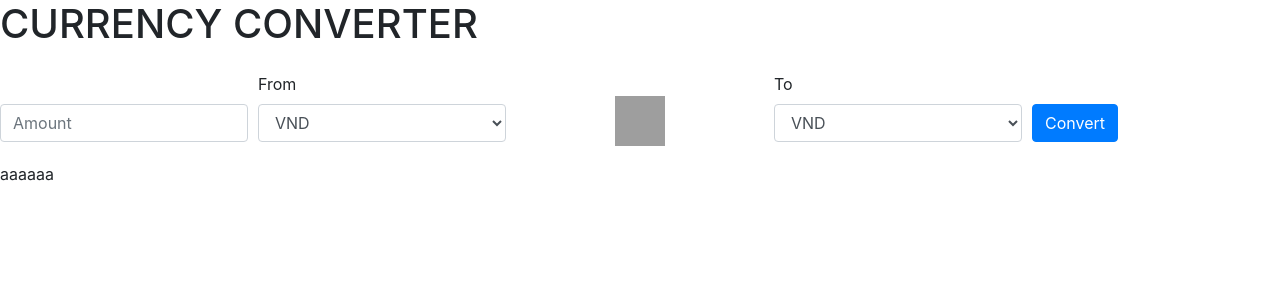
Repository: tts2610/MoneyConverter
Page: index.html
The author's editor kept a copy of each file at every save. The page is drawn from the files as they stood at one save, then again after the next save.
The browser window is 1280 px wide. The page is 1285 px wide, then 1280 px, so the pictures cover 1285 px, including what lies to the right of the window. The pictures show the whole page.
Pictures or frames that could not be fetched are drawn as grey boxes.

Above is the page before, as saved 2020-05-11 20:30:37.
Console error: TypeError: Cannot read properties of undefined (reading 'null')

### index.html
<!DOCTYPE html>
<html lang="en">

<head>
    <meta charset="UTF-8">
    <meta name="viewport" content="width=device-width, initial-scale=1.0">
    <title>Document</title>
    <link rel="stylesheet" href="https://maxcdn.bootstrapcdn.com/bootstrap/4.4.1/css/bootstrap.min.css">

    <!-- jQuery library -->
    <script src="https://ajax.googleapis.com/ajax/libs/jquery/3.4.1/jquery.min.js"></script>

    <!-- Popper JS -->
    <script src="https://cdnjs.cloudflare.com/ajax/libs/popper.js/1.16.0/umd/popper.min.js"></script>

    <!-- Latest compiled JavaScript -->
    <script src="https://maxcdn.bootstrapcdn.com/bootstrap/4.4.1/js/bootstrap.min.js"></script>

</head>

<body>
    <h1 class="mx-auto">CURRENCY CONVERTER</h1>
    <form>
        <div class="form-row justify-content-md-center">
            <div class="col mt-5">
                <input type="number" class="form-control" placeholder="Amount">
            </div>
            <div class="col mt-3">
                <label>From</label>
                <select class="form-control" id="fromCurrency">
            </select>
            </div>
            <div class="col mt-4 py-3" style="display: flex;justify-content: center;" onClick="swap()">
                <img src="https://cdn3.iconfinder.com/data/icons/basic-interface/100/update-512.png" width="50px" height="50px">
            </div>
            <div class="col mt-3">
                <label>To</label>
                <select class="form-control" id="toCurrency">
            </select>

            </div>
            <div class="col mt-5">
                <button type="submit" class="btn btn-primary mb-2">Convert</button>
            </div>
        </div>
        <p>aaaaaa</p>
    </form>
    <script src="js/script.js"></script>
    <script>
        $(document).ready(function() {
            let selectList = Object.keys(dic);
            var fromCurrency = document.getElementById("fromCurrency");
            var toCurrency = document.getElementById("toCurrency");
            selectList.forEach(element => {
                var option = document.createElement("option");
                option.text = element.toUpperCase();
                fromCurrency.add(option);
            })
            selectList.forEach(element => {
                var option = document.createElement("option");
                option.text = element.toUpperCase();
                toCurrency.add(option);
            })

        });

        function swap() {
            var fromCurrency = document.getElementById("fromCurrency");
            var x = fromCurrency.value;
            var toCurrency = document.getElementById("toCurrency");
            fromCurrency.value = toCurrency.value;
            toCurrency.value = x;
        }
    </script>
</body>

</html>

### js/script.js
/*dic = {
    fromCurrency:{
        toCurrency:[currencyRatio,locale,currencySymbol],
        toCurrency:[currencyRatio,locale,currencySymbol],
        toCurrency:[currencyRatio,locale,currencySymbol],
        .....
    },
    fromCurrency:
        .....
}*/
let dic = {
    "vnd": { "usd": [1 / 23206, "en", "USD"], "jpy": [1 / 216.703, "ja-JP", "JPY"], "krw": [1 / 18.9136, "krw", "KRW"], "idr": [1 / 1.55505, "idr", "idr"], "eur": [1 / 25111, "de-DE", "EUR"], "vnd": [1, "vi", "VND"] },
    "usd": { "vnd": [23206, "vi", "VND"], "jpy": [107.297, "ja-JP", "JPY"], "krw": [1223.80, "krw", "KRW"], "idr": [14904, "idr", "idr"], "eur": [1 / 1.08207, "de-DE", "EUR"], "usd": [1, "en", "USD"] },
    "jpy": { "vnd": [216.703, "vi", "VND"], "usd": [1 / 107.297, "en", "USD"], "krw": [11.4099, "krw", "KRW"], "idr": [138.937, "idr", "idr"], "eur": [1 / 116.054, "de-DE", "EUR"], "jpy": [1, "ja-JP", "JPY"] },
    "krw": { "vnd": [18.9136, "vi", "VND"], "usd": [1 / 1224.06, "en", "USD"], "jpy": [1 / 11.4096, "ja-JP", "JPY"], "idr": [12.1833, "idr", "idr"], "eur": [1 / 1323.75, "de-DE", "EUR"], "krw": [1, "krw", "KRW"] },
    "idr": { "vnd": [1.55505, "vi", "VND"], "usd": [1 / 14910, "en", "USD"], "jpy": [1 / 138.985, "ja-JP", "JPY"], "krw": [1 / 12.1818, "krw", "KRW"], "eur": [1 / 16134.84, "de-DE", "EUR"], "idr": [1, "idr", "idr"] },
    "eur": { "vnd": [25081, "vi", "VND"], "usd": [1.08207, "en", "USD"], "jpy": [116.054, "ja-JP", "JPY"], "idr": [16129, "idr", "idr"], "krw": [1323.75, "krw", "KRW"], "eur": [1, "de-DE", "EUR"] },
}
let isValid = false;
let from = null;
let to = null;
let amount = 0;

// loop to check validity
// while (!isValid) {
//     if (Object.keys(dic).includes(from) && Object.keys(dic).includes(to) && !isNaN(amount)) isValid = true;
//     else {
//         from = prompt("Which currency do you want to convert from?").toLowerCase();
//         to = prompt("Which currency do you want to convert to?").toLowerCase();
//         amount = prompt("Enter your amount to convert:");
//     }
// }

// conversion
function convert() {
    let currencyRatio = dic[from][to][0];
    let locale = dic[from][to][1];
    let currency = dic[from][to][2];
    let res = (amount * currencyRatio);
    return new Intl.NumberFormat(locale, { style: 'currency', currency: currency, maximumSignificantDigits: 3 }).format(res);
}

// result
alert("Here is your result: " + convert())

After the next save:
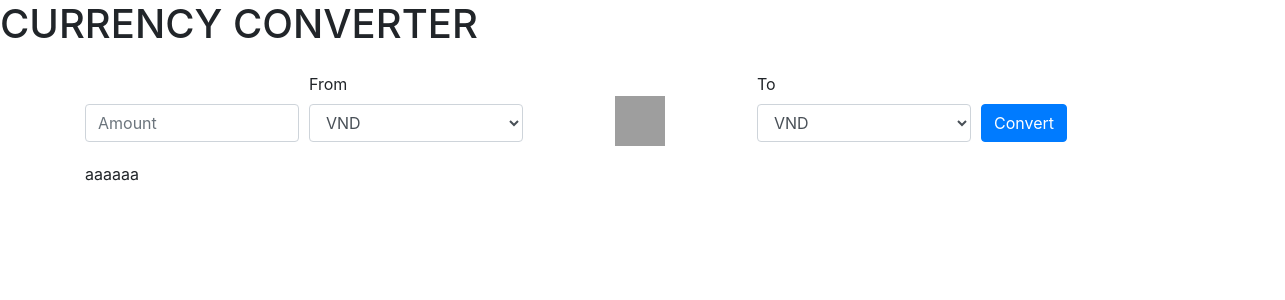
Saved 17 s later.
--- a/index.html
+++ b/index.html
@@ -20,7 +20,7 @@
 
 <body>
     <h1 class="mx-auto">CURRENCY CONVERTER</h1>
-    <form>
+    <form class="container">
         <div class="form-row justify-content-md-center">
             <div class="col mt-5">
                 <input type="number" class="form-control" placeholder="Amount">
